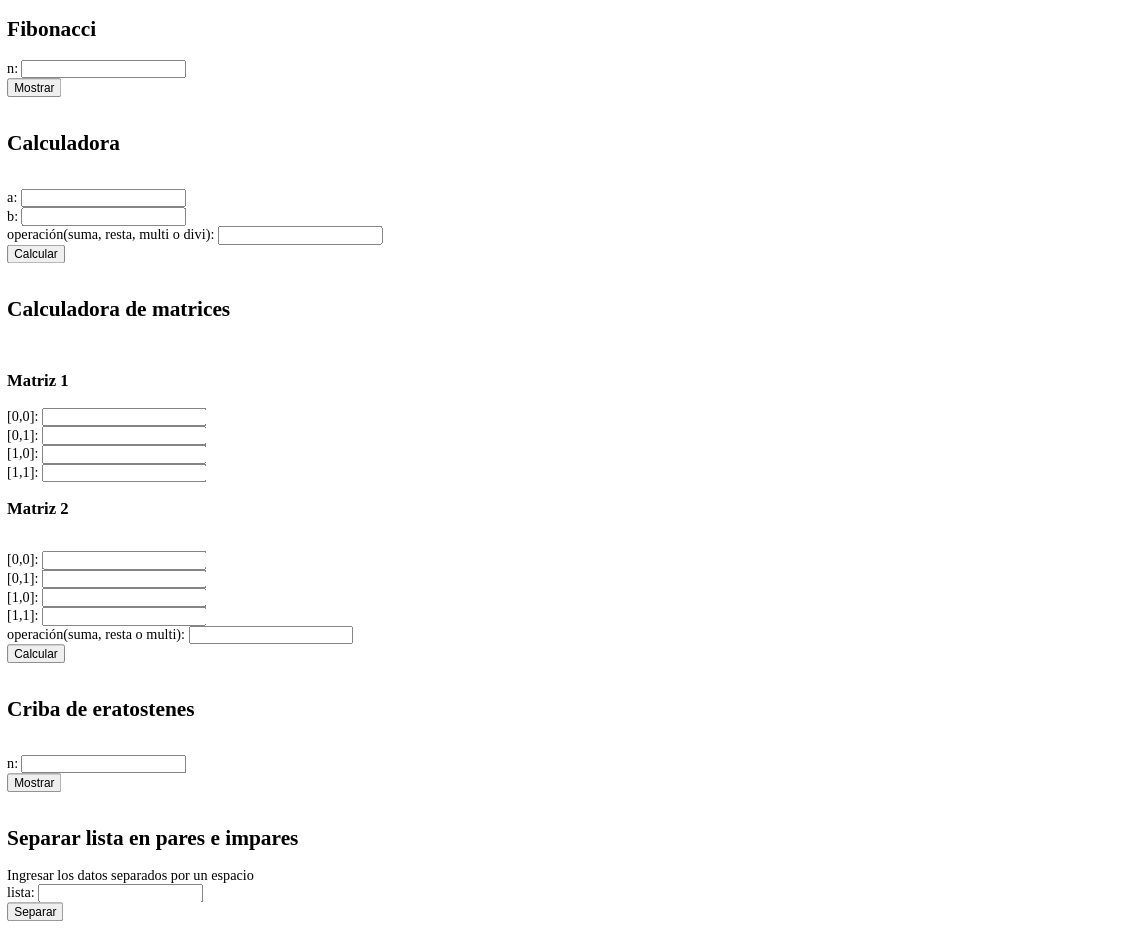
Repository: aldar1/Examen-Final-INF319
Page: http://localhost/test1/proyecto.jsp
The author's editor kept a copy of each file at every save. The page is drawn from the files as they stood at one save, then again after the next save.
The browser window is 1280 px wide. The pictures show the whole page, at 89% of full size.
The page is served by Tomcat 9.

Above is the page before, as saved 2021-12-15 09:07:45.

### Java/test1/src/main/webapp/proyecto.jsp
<%@ page language="java" contentType="text/html; charset=ISO-8859-1"
    pageEncoding="ISO-8859-1"%>
<!DOCTYPE html>
<html>
<head>
<meta charset="ISO-8859-1">
<title>Proyecto 319</title>
</head>
<body>
<h2>Fibonacci</h2>

<form action = "resultado.jsp" method = "GET">
	n: <input type = "number" name = "n_fibo">
    <br />
    <input type = "submit" value = "Mostrar" />
</form>
<br>
<h2>Calculadora</h2>
<br>

<form action = "resultado.jsp" method = "GET">
	a: <input type = "number" name = "a_calcu">
    <br />
    b: <input type = "number" name = "b_calcu">
    <br />
    operación(suma, resta, multi o divi): <input type = "text" name = "op_calcu">
    <br />
    <input type = "submit" value = "Calcular" />
</form>

<br>
<h2>Calculadora de matrices</h2>
<br>

<form action = "resultado.jsp" method = "GET">
	<h3>Matriz 1</h3>
	[0,0]: <input type = "number" name = "mat100">
    <br />
	[0,1]: <input type = "number" name = "mat101">
    <br />
	[1,0]: <input type = "number" name = "mat110">
    <br />
	[1,1]: <input type = "number" name = "mat111">
    <br />
    <h3>Matriz 2</h3>
    <br>
	[0,0]: <input type = "number" name = "mat200">
    <br />
	[0,1]: <input type = "number" name = "mat201">
    <br />
	[1,0]: <input type = "number" name = "mat210">
    <br />
	[1,1]: <input type = "number" name = "mat211">
    <br />
    operación(suma, resta o multi): <input type = "text" name = "op_matrices">
    <br />
    <input type = "submit" value = "Calcular" />
</form>


<br>
<h2>Criba de eratostenes</h2>
<br>

<form action = "resultado.jsp" method = "GET">
	n: <input type = "number" name = "n_criba">
    <br />
    <input type = "submit" value = "Mostrar" />
</form>

<br>
<h2>Separar lista en pares e impares</h2>
Ingresar los datos separados por un espacio
<form action = "resultado.jsp" method = "GET">
	lista: <input type = "text" name = "lista">
    <br />
    <input type = "submit" value = "Separar" />
</form>
<br>

</body>
</html>

After the next save:
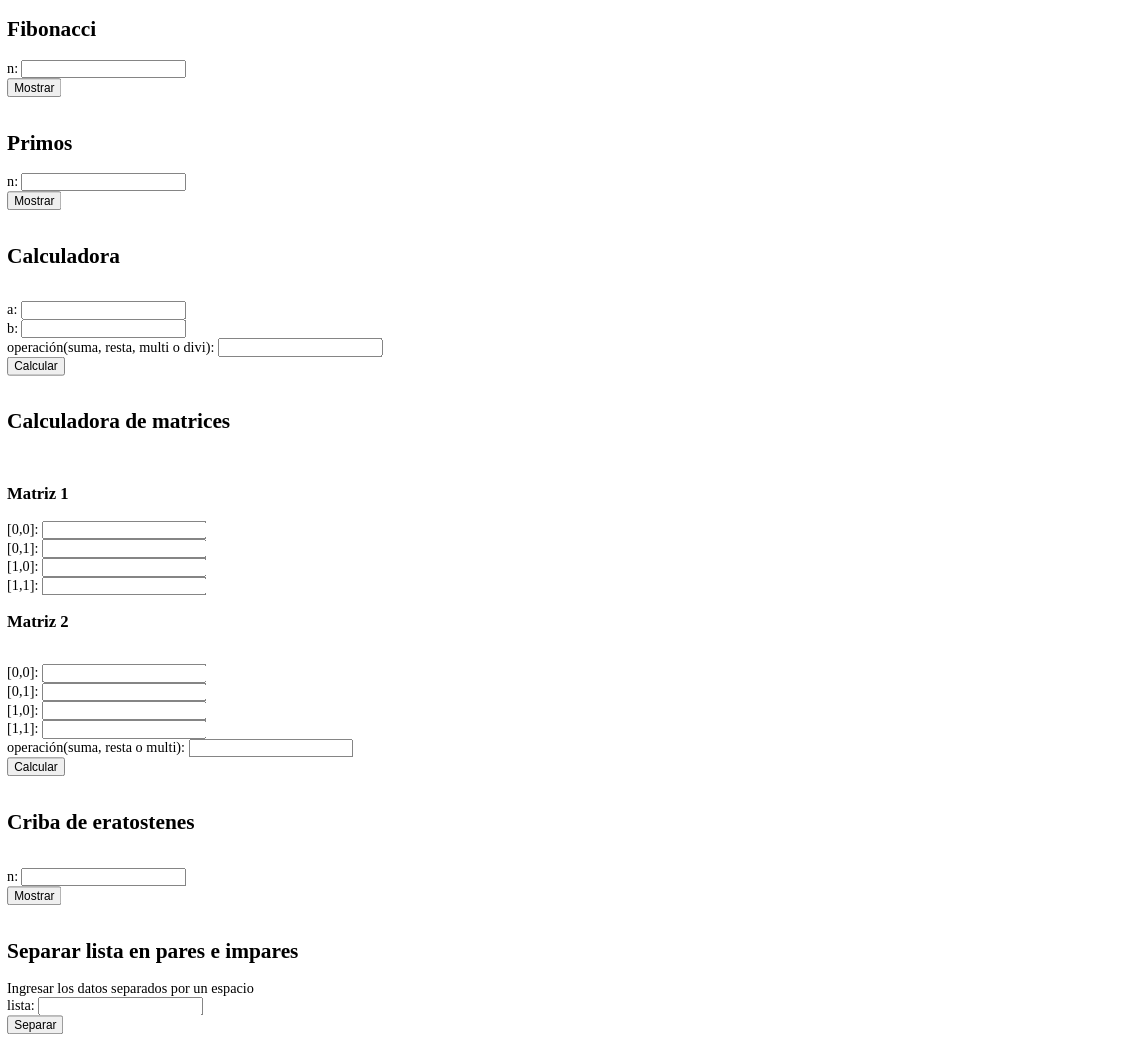
Saved 2 min 13 s later.
--- a/Java/test1/src/main/webapp/proyecto.jsp
+++ b/Java/test1/src/main/webapp/proyecto.jsp
@@ -8,12 +8,20 @@
 </head>
 <body>
 <h2>Fibonacci</h2>
-
 <form action = "resultado.jsp" method = "GET">
 	n: <input type = "number" name = "n_fibo">
     <br />
     <input type = "submit" value = "Mostrar" />
 </form>
+
+<br>
+<h2>Primos</h2>
+<form action = "resultado.jsp" method = "GET">
+	n: <input type = "number" name = "n_prim">
+    <br />
+    <input type = "submit" value = "Mostrar" />
+</form>
+
 <br>
 <h2>Calculadora</h2>
 <br>
